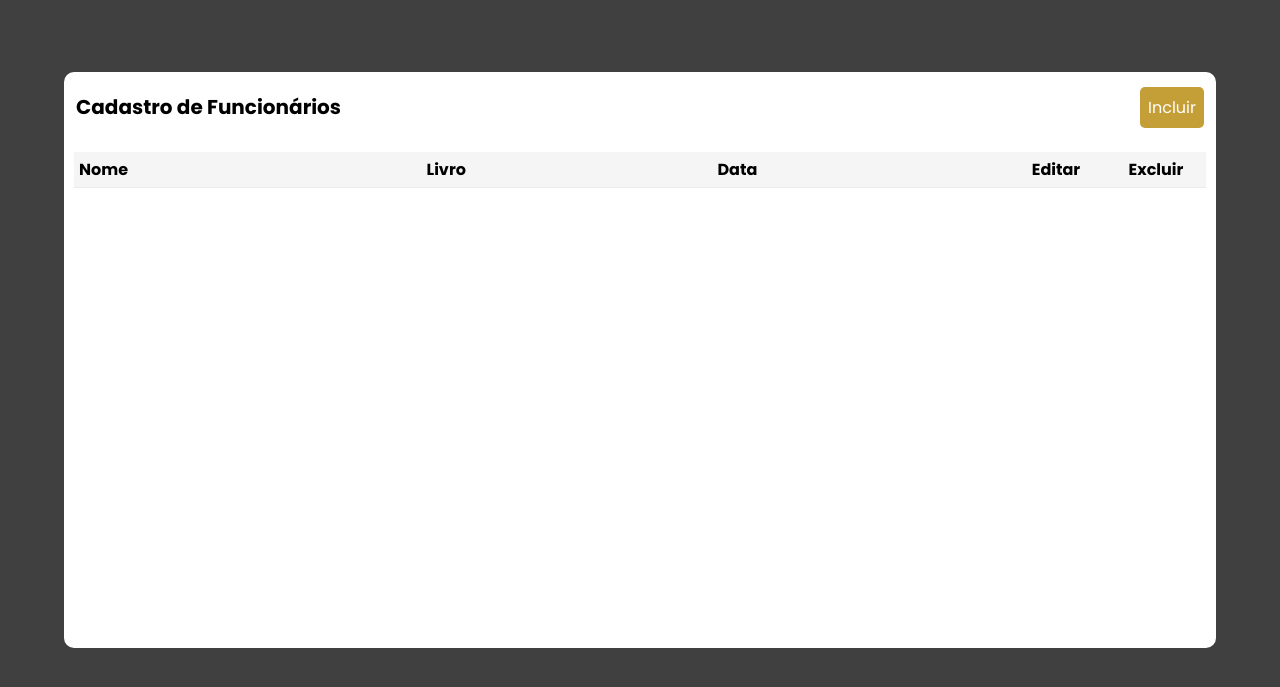
Repository: Matheus904-12/API-da-CCB
Page: index.html
An editor plug-in stored every save of this project. The page is shown before and after the next save, followed by the edit.
The browser window is 1280 px wide. The pictures show the whole page.

Above is the page before, as saved 2024-01-12 03:27:01.

After the next save:
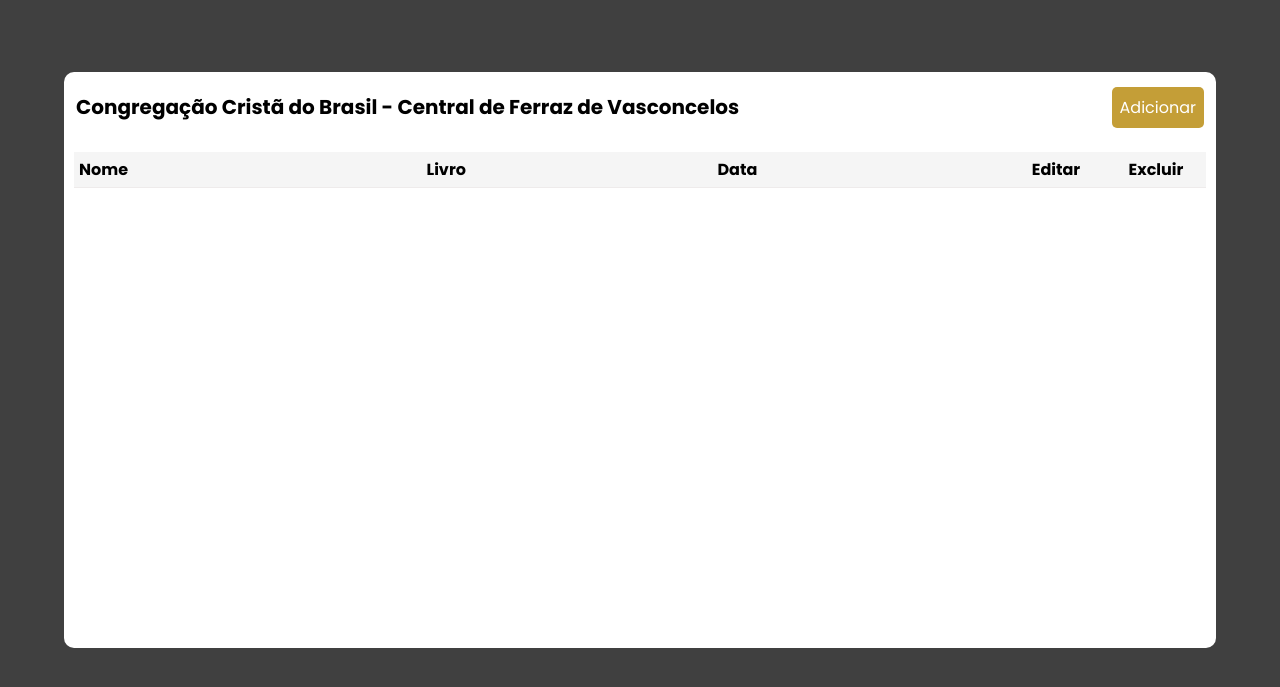
Saved 23 s later.
--- a/index.html
+++ b/index.html
@@ -1,11 +1,11 @@
 <!DOCTYPE html>
-<html lang="en">
+<html lang="pt-br">
 
 <head>
   <meta charset="UTF-8">
   <meta http-equiv="X-UA-Compatible" content="IE=edge">
   <meta name="viewport" content="width=device-width, initial-scale=1.0">
-  <title>CRUD</title>
+  <title>CCB - Central</title>
   <link rel="stylesheet" href="style.css">
   <link href='https://unpkg.com/boxicons@2.1.1/css/boxicons.min.css' rel='stylesheet'>
 </head>
@@ -13,8 +13,8 @@
 <body>
   <div class="container">
     <div class="header">
-      <span>Cadastro de Funcionários</span>
-      <button onclick="openModal()" id="new">Incluir</i></button>
+      <span>Congregação Cristã do Brasil - Central de Ferraz de Vasconcelos</span>
+      <button onclick="openModal()" id="new">Adicionar</button>
     </div>
 
     <div class="divTable">
